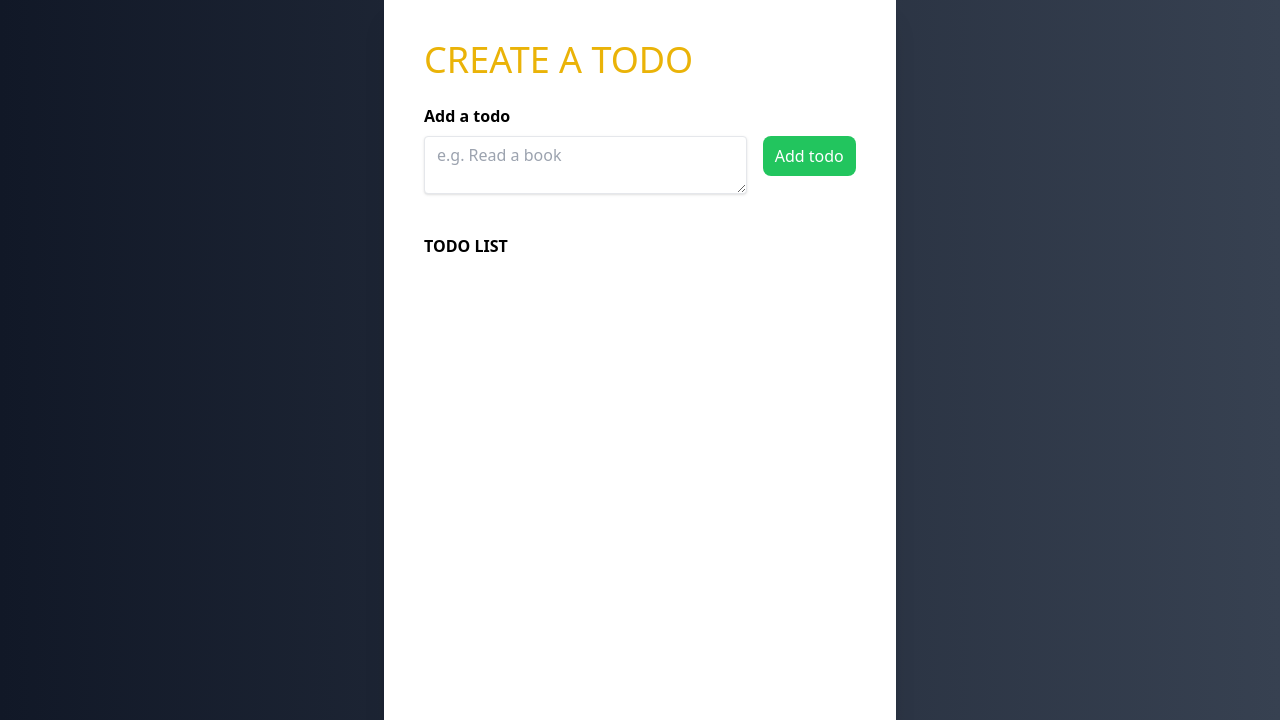
Repository: Kajo-lab/vue-todo
Page: /
An editor plug-in stored every save of this project. The page is shown before and after the next save, followed by the edit.
The browser window is 1280 px wide. The pictures show the whole page.
The project was rebuilt for these pictures with package versions that can differ from the ones it lists, and the page was loaded fresh each time. Also part of the build but not shown: vite.config.js, webpack.config.js.

Above is the page before, as saved 2022-07-07 23:09:11.

After the next save:
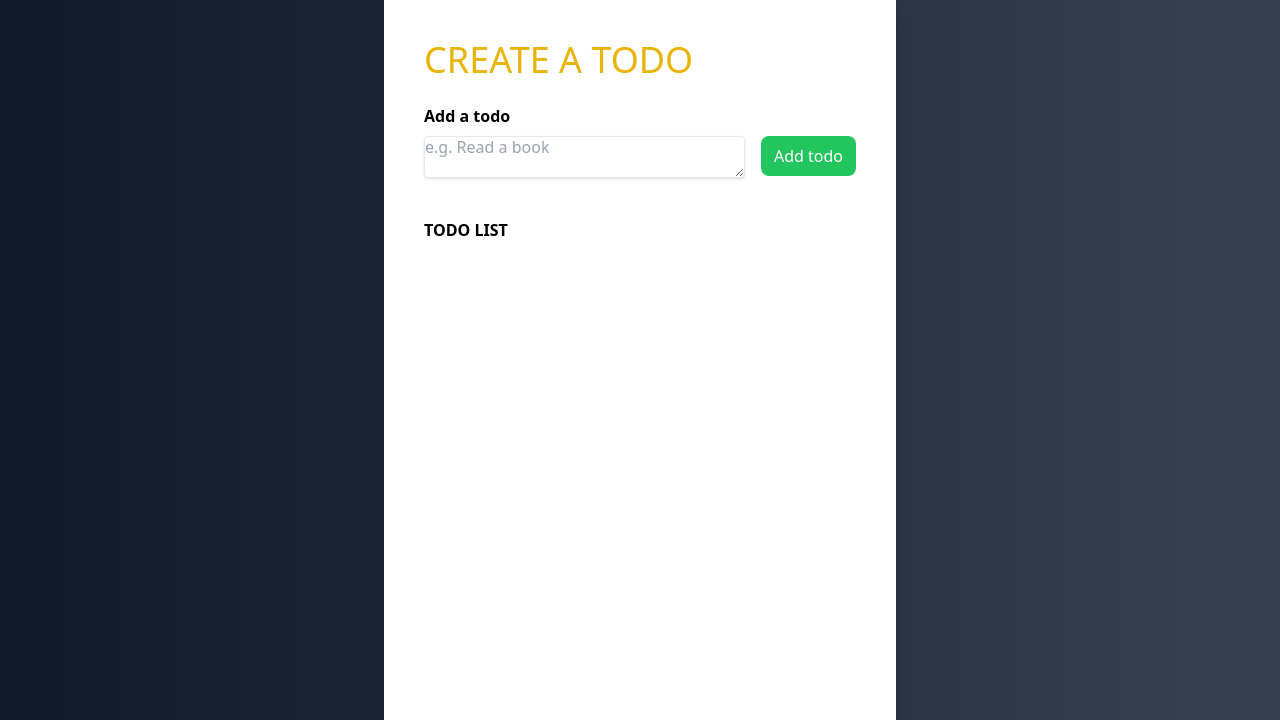
Saved 34 s later.
--- a/src/components/TodoList.vue
+++ b/src/components/TodoList.vue
@@ -54,7 +54,7 @@
 				<h3 class="mb-2 font-bold">Add a todo</h3>
 				<form id="new-todo-form" class="flex-none sm:flex" @submit.prevent="addTodo">
 					<textarea
-						class="flex flex-col shadow appearance-none border rounded w-full py-2 px-3 text-gray-700 leading-tight focus:outline-none focus:shadow-outline"
+						class="flex flex-col shadow appearance-none border rounded w-full  text-gray-700 leading-tight focus:outline-none focus:shadow-outline"
 						type="text"
 						name="content"
 						id="content"

After the 4 saves that followed:
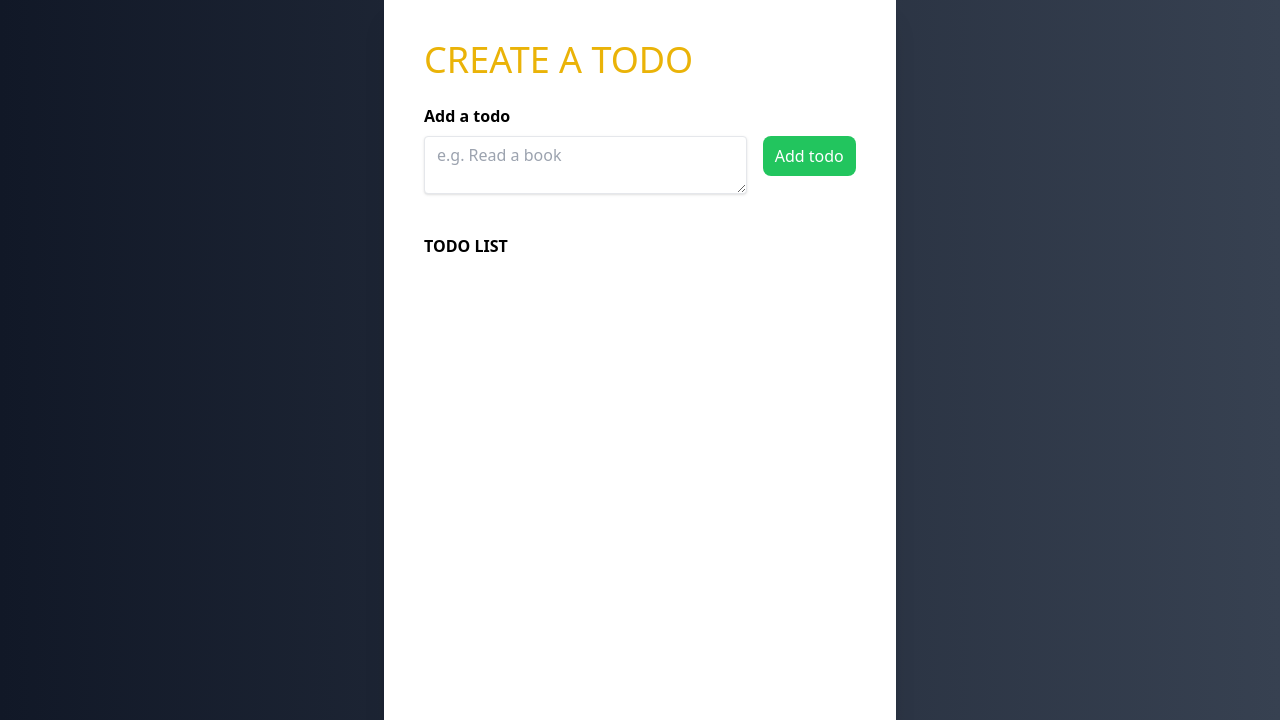
The 4 saves are shown as one change because they came seconds apart.
The last was saved 10 s later.
--- a/src/components/TodoList.vue
+++ b/src/components/TodoList.vue
@@ -54,7 +54,7 @@
 				<h3 class="mb-2 font-bold">Add a todo</h3>
 				<form id="new-todo-form" class="flex-none sm:flex" @submit.prevent="addTodo">
 					<textarea
-						class="flex flex-col shadow appearance-none border rounded w-full  text-gray-700 leading-tight focus:outline-none focus:shadow-outline"
+						class="flex flex-col shadow appearance-none border rounded w-full py-2 px-3 text-gray-700 leading-tight focus:outline-none focus:shadow-outline"
 						type="text"
 						name="content"
 						id="content"
